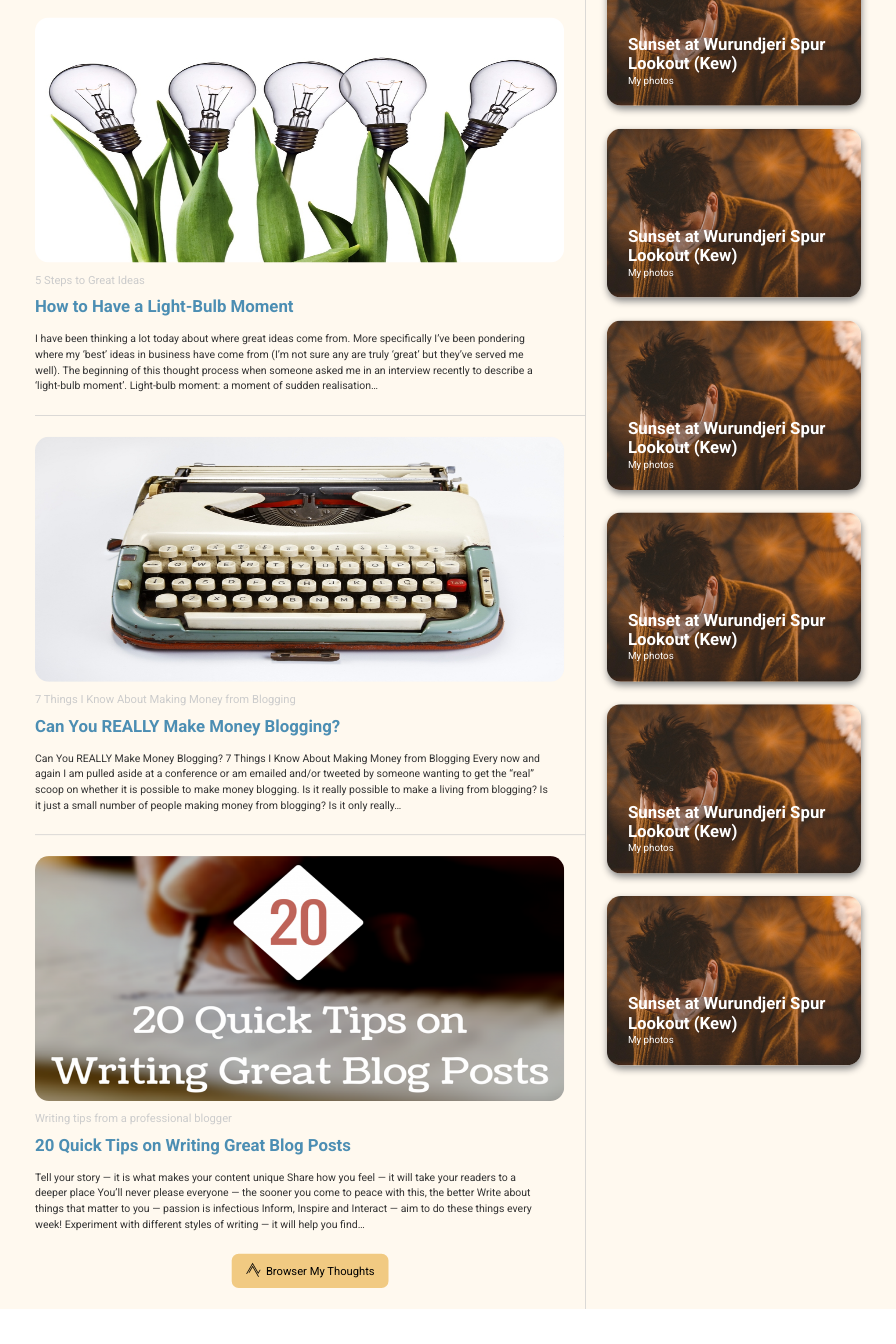
Repository: TranDinhTuann/Blog-Demo
Page: index.html
These files come from the project's save history. The page is drawn as it stood at one moment and after the next save; the edit follows.
The browser window is 1280 px wide. The pictures show the part of the page from y = 910 to 2830 px (the page is 2830 px tall), at 70% of full size.

Above is the page before, as saved 2023-03-22 21:43:43.

### index.html
<!DOCTYPE html>
<html lang="en">
<head>
    <meta charset="UTF-8">
    <meta http-equiv="X-UA-Compatible" content="IE=edge">
    <meta name="viewport" content="width=device-width, initial-scale=1.0">
    <title>Blog của Tuấn</title>
    <link rel="stylesheet" href="./assets/css/base.css">
    <link rel="stylesheet" href="./assets/css/main.css">
    <link rel="stylesheet" href="https://cdnjs.cloudflare.com/ajax/libs/normalize/8.0.1/normalize.min.css">
    <link rel="stylesheet" href="./assets/fonts/fontawesome-free-6.2.1-web/css/all.min.css">
    <link rel="stylesheet" href="./assets/fonts/themify-icons/themify-icons.css">
    <link rel="preconnect" href="https://fonts.googleapis.com"><link rel="preconnect" href="https://fonts.gstatic.com" crossorigin><link href="https://fonts.googleapis.com/css2?family=Roboto:wght@300;400;500;700&display=swap" rel="stylesheet">
</head>
<body>
    <div class="app">
        <div class="header">
            <nav class="navbar">
                <a class="navbar__head">
                    <i class="navbar__head-icon fa-solid fa-graduation-cap"></i>
                    <div class="navbar__name">Tuan Tran</div>
                </a>

                <ul class="navbar__list">
                    <li class="navbar__list-item">
                        <a href="" class="navbar__list-item-link">
                            <i class="navbar__list-item-icon fa-regular fa-user"></i>
                            <span class="navbar__list-item-text">About</span>
                        </a>
                    </li>
                    <li class="navbar__list-item">
                        <a href="" class="navbar__list-item-link">
                            <i class="navbar__list-item-icon fa-brands fa-think-peaks"></i>
                            <span class="navbar__list-item-text">My Thoughts</span>
                        </a>
                    </li>
                    <li class="navbar__list-item">
                        <a href="" class="navbar__list-item-link">
                            <i class="navbar__list-item-icon ti-direction-alt"></i>
                            <span class="navbar__list-item-text">My Journey</span>
                        </a>
                    </li>
                    <li class="navbar__list-item">
                        <a href="" class="navbar__list-item-link">
                            <i class="navbar__list-item-icon ti-camera"></i>
                            <span class="navbar__list-item-text">My Photos</span>
                        </a>
                    </li>
                    <li class="navbar__list-item">
                        <a href="" class="navbar__list-item-link">
                            <i class="navbar__list-item-icon fa-regular fa-bell"></i>
                            <span class="navbar__list-item-text">Subscribe</span>
                        </a>
                    </li>
                </ul>
            </nav>

            <div class="intro">
                <div class="intro__img">
                    <img src="./assets/img/logo.JPG" alt="" class="intro__img-image">
                </div>
                <div class="intro__text">
                    <div class="intro__head">Hi! I'm Tuan Tran </div>
                    <div class="intro__des">Speaker, Author, Blogger, Podcaster & Founder of ProBlogger & Digital Photography School. Ambassador for WorldVision Aus. Father of 3 boys & husband to Vanessa.</div>
                </div>
            </div>
        </div>

        <div class="grid">
            <div class="grid1">
                <div class="content">
                    <div class="columns">
                        <div class="img-human">
                            <img class="img-ong" src="./assets/img/slider/human1.png" alt="">
                        </div>
                        <div class="column-text">
                            <p class="des">Tips for increasing your luckiness</p>
                            <div class="heading">How to Get Lucky</div>
                            <div class="sub-heading">I was in the right place at the right time back in 2002 when I started blogging and since that time serendipity has played a part in the building of my business. A few years back at the Inbound conference I spoke of my ‘lucky’ beginnings but also share some tips on how to cultivate ‘luck’ in your life by practicing 7 habits that I believe play a part. I’d love to hear your thoughts — what habits…</div>
                        </div>
                    </div>
                    <div class="columns">
                        <div class="img-human">
                            <img class="img-ong" src="./assets/img/slider/human2.jpg" alt="">
                        </div>
                        <div class="column-text">
                            <p class="des">5 Steps to Great Ideas</p>
                            <div class="heading">How to Have a Light-Bulb Moment</div>
                            <div class="sub-heading">I have been thinking a lot today about where great ideas come from. More specifically I’ve been pondering where my ‘best’ ideas in business have come from (I’m not sure any are truly ‘great’ but they’ve served me well). The beginning of this thought process when someone asked me in an interview recently to describe a ‘light-bulb moment’. Light-bulb moment: a moment of sudden realisation…</div>
                        </div>
                    </div>
                    <div class="columns">
                        <div class="img-human">
                            <img class="img-ong" src="./assets/img/slider/human3.jpg" alt="">
                        </div>
                        <div class="column-text">
                            <p class="des">7 Things I Know About Making Money from Blogging</p>
                            <div class="heading">Can You REALLY Make Money Blogging?</div>
                            <div class="sub-heading">Can You REALLY Make Money Blogging? 7 Things I Know About Making Money from Blogging Every now and again I am pulled aside at a conference or am emailed and/or tweeted by someone wanting to get the “real” scoop on whether it is possible to make money blogging. Is it really possible to make a living from blogging? Is it just a small number of people making money from blogging? Is it only really…</div>
                        </div>
                    </div>
                    <div class="columns no--border">
                        <div class="img-human">
                            <img class="img-ong" src="./assets/img/slider/human4.png" alt="">
                        </div>
                        <div class="column-text">
                            <p class="des">Writing tips from a professional blogger</p>
                            <div class="heading">20 Quick Tips on Writing Great Blog Posts</div>
                            <div class="sub-heading">Tell your story — it is what makes your content unique Share how you feel — it will take your readers to a deeper place You’ll never please everyone — the sooner you come to peace with this, the better Write about things that matter to you — passion is infectious Inform, Inspire and Interact — aim to do these things every week! Experiment with different styles of writing — it will help you find…</div>
                        </div>
                    </div>
                    <div class="btn-content">
                        <button class="btn-thought">
                            <i class="navbar__list-item-icon fa-brands fa-think-peaks"></i>
                            <span class="my-thoughts">Browser My Thoughts</span>
                        </button>
                    </div>
                </div>

                <div class="sitebar">
                    <div class="row">
                        <div class="row-head">
                            <i class="row-icon ti-camera"></i>
                            <div class="row-heading">My latest photo</div>
                        </div>
                        <div class="row-img">
                            <img src="./assets/img/slider/nature1.jpg" alt="" class="img-nature">
                            <div class="row-text">
                                <div class="text-heading">Sunset at Wurundjeri Spur Lookout (Kew)</div>
                                <div class="text-des">My photos</div>
                            </div>
                        </div>
                    </div>

                    <div class="row">
                        <div class="btn-content">
                            <button class="btn-thought">
                                <i class="navbar__list-item-icon fa-brands fa-think-peaks"></i>
                                <span class="my-thoughts">Browser My Photos</span>
                            </button>
                        </div>
                    </div>

                    <div class="row">
                        <div class="row-head">
                            <i class="row-icon ti-camera"></i>
                            <div class="row-heading">My latest photo</div>
                        </div>
                        <div class="row-img">
                            <img src="./assets/img/slider/nature2.jpg" alt="" class="img-nature">
                            <div class="row-text">
                                <div class="text-heading">Sunset at Wurundjeri Spur Lookout (Kew)</div>
                                <div class="text-des">My photos</div>
                            </div>
                        </div>
                        <div class="row-img">
                            <img src="./assets/img/slider/nature2.jpg" alt="" class="img-nature">
                            <div class="row-text">
                                <div class="text-heading">Sunset at Wurundjeri Spur Lookout (Kew)</div>
                                <div class="text-des">My photos</div>
                            </div>
                        </div>
                        <div class="row-img">
                            <img src="./assets/img/slider/nature2.jpg" alt="" class="img-nature">
                            <div class="row-text">
                                <div class="text-heading">Sunset at Wurundjeri Spur Lookout (Kew)</div>
                                <div class="text-des">My photos</div>
                            </div>
                        </div>
                        <div class="row-img">
                            <img src="./assets/img/slider/nature2.jpg" alt="" class="img-nature">
                            <div class="row-text">
                                <div class="text-heading">Sunset at Wurundjeri Spur Lookout (Kew)</div>
                                <div class="text-des">My photos</div>
                            </div>
                        </div>
                        <div class="row-img">
                            <img src="./assets/img/slider/nature2.jpg" alt="" class="img-nature">
                            <div class="row-text">
                                <div class="text-heading">Sunset at Wurundjeri Spur Lookout (Kew)</div>
                                <div class="text-des">My photos</div>
                            </div>
                        </div>
                        <div class="row-img">
                            <img src="./assets/img/slider/nature2.jpg" alt="" class="img-nature">
                            <div class="row-text">
                                <div class="text-heading">Sunset at Wurundjeri Spur Lookout (Kew)</div>
                                <div class="text-des">My photos</div>
                            </div>
                        </div>
                    </div>
                </div>
            </div>
        </div>

        <footer class="footer">

        </footer>
    </div>
</body>
</html>

### assets/css/base.css
:root {
    --white-color: #fff;
    --black-color: #000;
    --text-color: #333;
    --primary-color: #fff9ef;
    --header-primary-color: rgb(255, 253, 249);
}

* {
    box-sizing: inherit;
}

html {
    /* hack */
    font-size: 62.5%;
    line-height: 1.6rem;
    font-family: 'Roboto', sans-serif;
    box-sizing: border-box;
}

@keyframes fadeIn {
    from{
        opacity: 0;
    }
    to{
        opacity: 1;
    }
}

@keyframes growth {
    from{
        transform: calc(0);
    }
    to{
        transform: calc(1);
    }
}

img{
    width: 100%;
    border-radius: 20px;
}
.img-ong{
    height: 350px;
    display: block;
}
.img-human{
    margin-right: 30px;
    height: 350px;
    display: block;
}
a{
    display: block;
    cursor: pointer;
}

### assets/css/main.css
.app{
    height: 1000px;
    background-color: rgb(255, 253, 249);
}

.header{
    height: 280px;
    margin: 0 50px;
}

.navbar{
    height: 60px;
    border-bottom: 1px solid #ccc;
    display: flex;
    align-items: center;
    justify-content: space-between;
}

.navbar__head-icon {
    font-size: 2rem;
    margin-right: 8px;
}

.navbar__name {
    font-size: 2rem;

}

.navbar__head {
    display: flex;
}

.navbar__head:hover {
    cursor: pointer;
    opacity: 0.5;
}

.navbar__list {
    display: flex;
    list-style: none;
    font-size: 1.4rem;
}

.navbar__list-item {
    padding: 0 16px;
    line-height: 60px;
}

.navbar__list-item:hover {
    cursor: pointer;
    opacity: 0.5;
}

.navbar__list-item-link {
    color: #000;
    text-decoration: none;
}

.navbar__list-item-icon{
    font-size: 2rem;
    padding-right: 4px;
}


.intro {
    display: flex;
    margin-top: 50px;
}

.intro__img {
    width: 30%;
    height: 50px;
}

.intro__img-image {
    width: 100%;
    background-size:cover;
}

.intro__text{
    padding-left: 40px;
}

.intro__head {
    font-size: 3rem;
}

.intro__des {
    font-size: 1.8rem;
    padding: 10px 250px 0 0;
    line-height: 2.4rem;
}


/* Grid */
.grid {
    background-color: rgb(255, 249, 239);
    /* height: 6000px; */
    /* display: flex; */
}
.grid1  {
    margin: 0 50px;
    display: flex;
    padding-top: 26px;
}
.content {
    border-right: 1px solid #ccc;
    /* height: 600px; */
    flex: 2;
}
.columns {
    padding: 30px 0;
    border-bottom: 1px solid #ccc;
    cursor: pointer;
}
.columns.no--border{
    border: none;
}
.sitebar {
    flex: 1;
}

.column-text{
    padding: 0 50px 0 0;
}
.des{
    font-size: 16px;
    color: #ccc;
}
.heading {
    font-size: 24px;
    font-weight: 700;
    color: #4c8eb3;
}
.sub-heading {
    color: #333333;
    font-size: 15px;
    padding-top: 20px;
    line-height: 1.5;
}
.btn-content{
    display: flex;
    align-items: center;
    justify-content: center;
    color: #000;
    padding-bottom: 30px;
}
.btn-thought {
    padding: 14px 20px;
    display: block;
    background-color: rgb(241, 202, 130);
    outline: none;
    border: none;
    border-radius: 10px;
}
.btn-thought:hover{
    background-color:  rgba(241, 202, 130, 0.6);
}
.my-thoughts{
    font-size: 16px;
}

/* sitebar */
.row{
    margin: 20px 0 30px 30px;
}
.row-head {
    display: flex;
    align-items: center;
    justify-content: center;
    color: #4c8eb3;
    padding-bottom: 15px;
}
.row-icon{
    font-size: 28px;
    margin-right: 10px;
}
.row-heading{
    font-size: 20px;
    font-weight: 500;
}
.row-img{
    position: relative;
    margin-bottom: 30px;
}
.row-text{
    position: absolute;
    bottom: 30px;
    left: 30px;
    color: #fff;
}
.text-heading{
    font-size: 24px;
    font-weight: 1000;
}
.text-des{
    font-size: 14px;
    line-height: 18px;
}
.img-nature{
    box-shadow: 1px 5px 10px #888888;
}

/* footer */
.footer{
    height: 50px;
}

Loaded but not shown: assets/fonts/fontawesome-free-6.2.1-web/css/all.min.css (library); assets/fonts/themify-icons/themify-icons.css (common file)

After the next save:
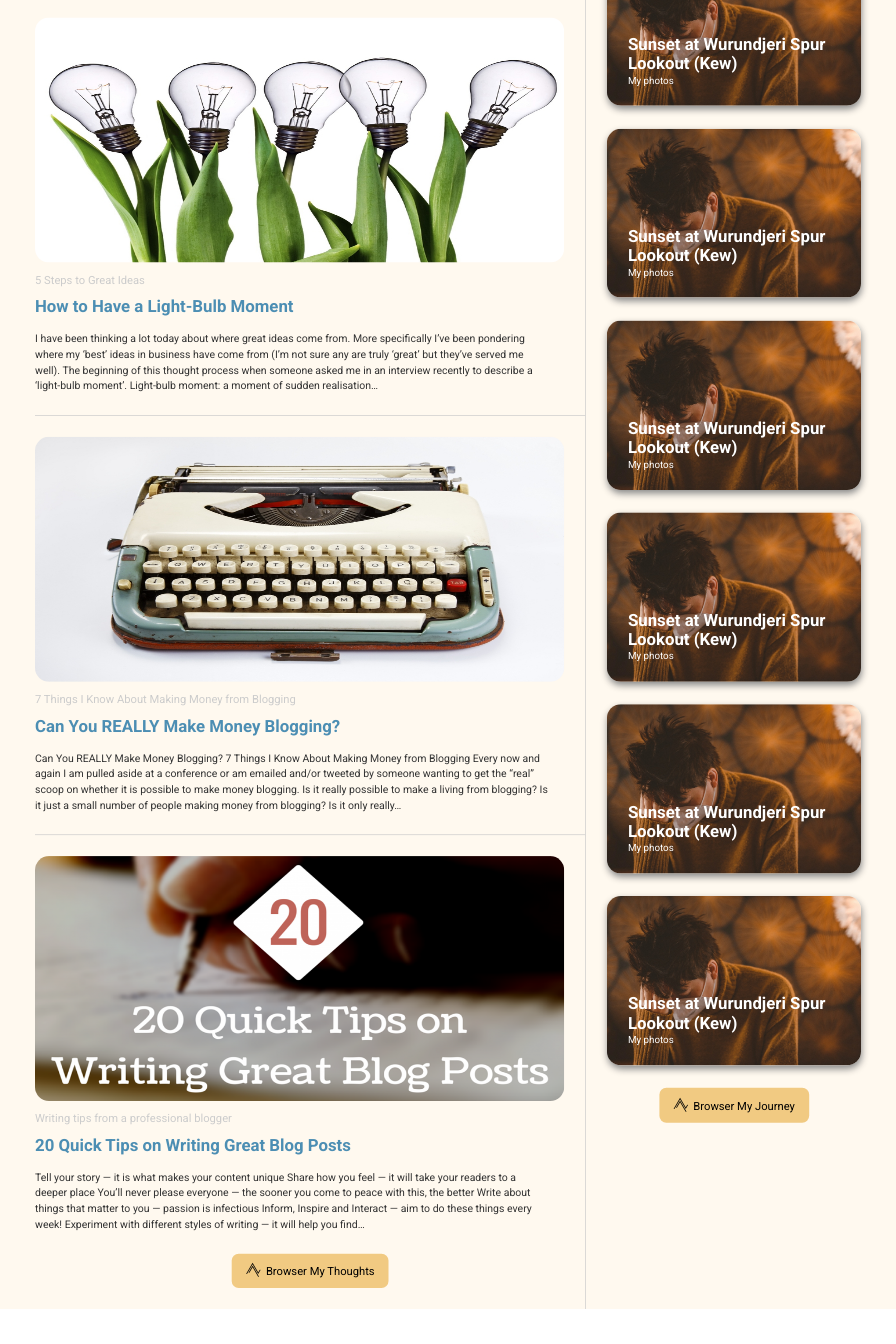
Saved 55 s later.
--- a/index.html
+++ b/index.html
@@ -189,6 +189,15 @@
                             </div>
                         </div>
                     </div>
+
+                    <div class="row">
+                        <div class="btn-content">
+                            <button class="btn-thought">
+                                <i class="navbar__list-item-icon fa-brands fa-think-peaks"></i>
+                                <span class="my-thoughts">Browser My Journey</span>
+                            </button>
+                        </div>
+                    </div>
                 </div>
             </div>
         </div>
